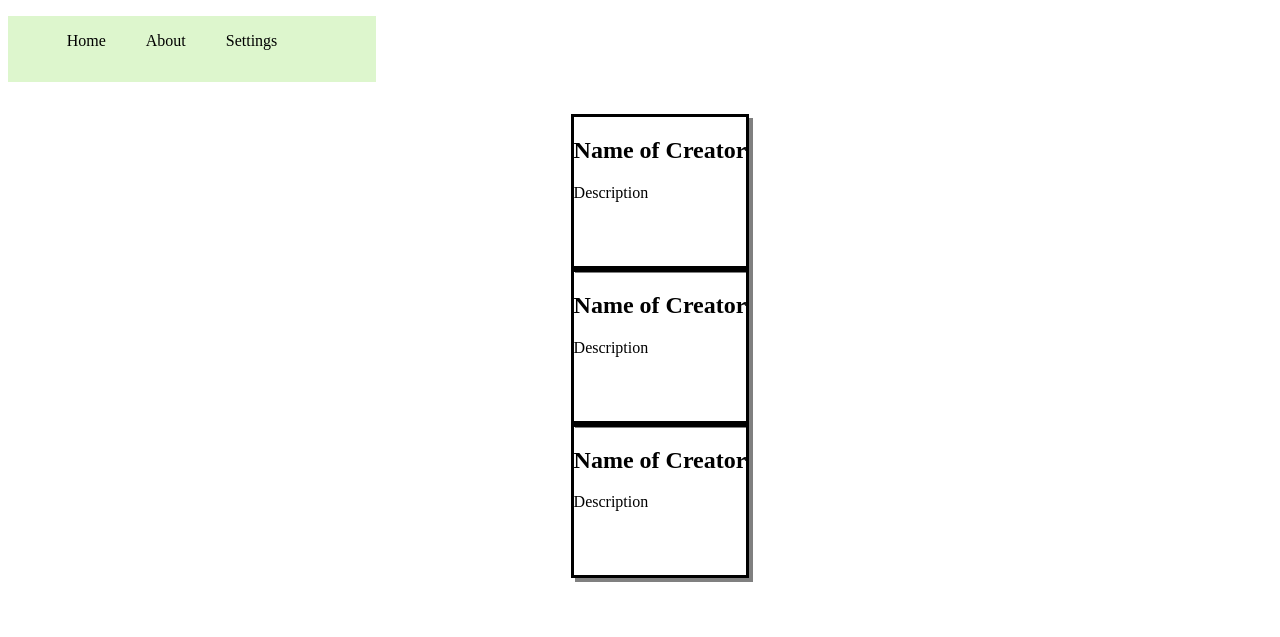
Repository: k8ANStar/Questify
Page: /About
The author's editor kept a copy of each file at every save. The page is drawn from the files as they stood at one save, then again after a run of saves.
The browser window is 1280 px wide. The pictures show the whole page.
The project was rebuilt for these pictures with package versions that can differ from the ones it lists, and the page was loaded fresh each time. The framework's server and built-in components were replaced by stand-ins that run in the browser. Also part of the build but not shown: next.config.mjs.

Above is the page before, as saved 2024-03-24 22:07:13.

### pages/About.js
import Card from "@/components/Card";
import Header from "@/components/Header";
import styles from "@/styles/About.module.css/";

export default function About() {
	return (
		<div className={styles.aboutPage}>
			<Header />
			<div className={styles.cardList}>
				<ul className={styles.list}>
					<li>
						<Card />
					</li>
					<li>
						<Card />
					</li>
					<li>
						<Card />
					</li>
				</ul>
			</div>
		</div>
	);
}

### components/Card/index.js
import styles from './Card.module.css'
import Image from 'next/image';

export default function Card() {
	return (
		<div>
			<section className={styles.cardContainer}>
				<Image />
				<div>
					<h2>Name of Creator</h2>
					<p>Description</p>
				</div>
			</section>
		</div>
	);
}

### components/Header/index.js
import styles from "./Header.module.css";
import Link from "next/link";
export default function Header() {
	return (
		<>
			<ul className={styles.nav}>
				<li>
					<Link href={"/"} className={styles.home}>
						Home
					</Link>
				</li>
				<li>
					<Link href={"/About"} className={styles.about}>
						About
					</Link>
				</li>
				<li>
					<Link href={"/Settings"} className={styles.settings}>
						Settings
					</Link>
				</li>
			</ul>
		</>
	);
}

### styles/About.module.css
.cardList {
	justify-content: space-evenly;
	display: flex;
	list-style-type: none;
}

.list {
	list-style-type: none;
}

.aboutPage {

	width: 100%;
	height: 100%;
}

### components/Card/Card.module.css
.cardContainer {
	border: 3px solid black;
	display: flex;
	padding-bottom: 3rem;
	align-items: center;
	text-decoration: none;
	box-shadow: 4px 4px gray;
}

### components/Header/Header.module.css
.nav {
	display: flex;
	list-style-type: none;
	text-decoration: none;
	padding: 1rem 2rem 2rem 1rem;
	width: 20rem;
	background-color: rgb(221, 246, 205);
    justify-content: center;
}

.home,
.about,
.settings {
	text-decoration: none;
	color: var(--black);
	margin-right: 2rem;
	margin-left: 0.5rem;
	white-space: nowrap;
}

Loaded but not shown: pages/_app.js (common file); pages/_document.js (common file); styles/globals.css (common file)

After the next 2 saves:
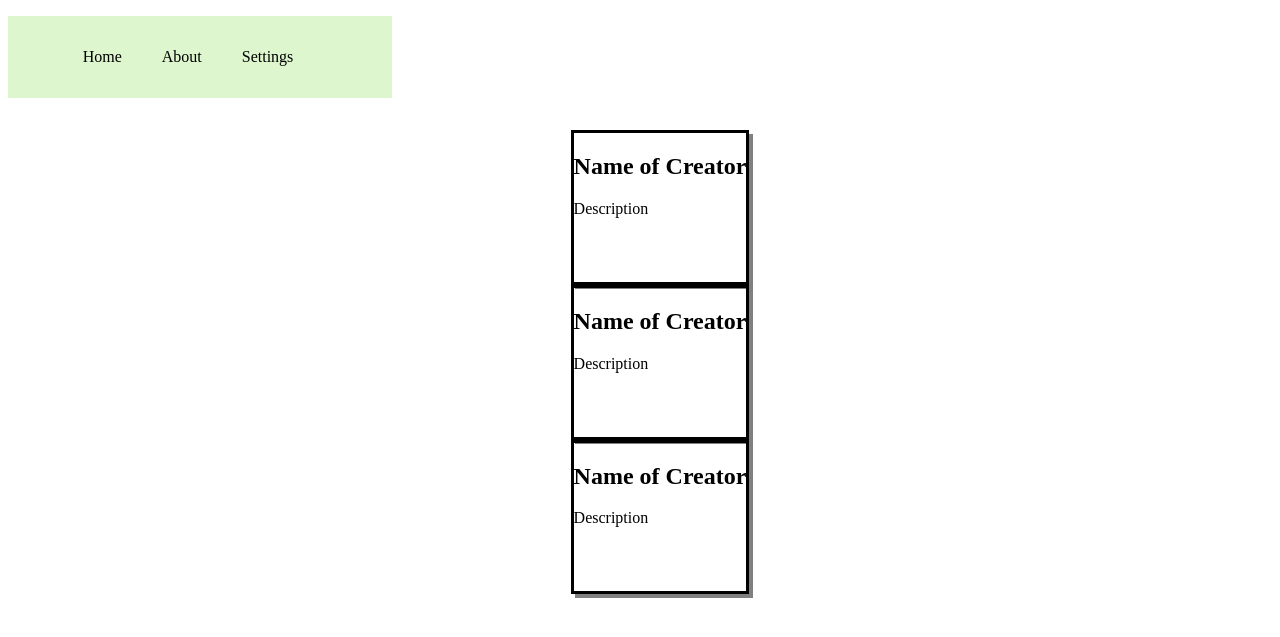
The 2 saves are shown as one change because they came seconds apart.
The last was saved 9 s later.
--- a/components/Header/Header.module.css
+++ b/components/Header/Header.module.css
@@ -2,7 +2,7 @@
 	display: flex;
 	list-style-type: none;
 	text-decoration: none;
-	padding: 1rem 2rem 2rem 1rem;
+	padding: 2rem;
 	width: 20rem;
 	background-color: rgb(221, 246, 205);
     justify-content: center;
